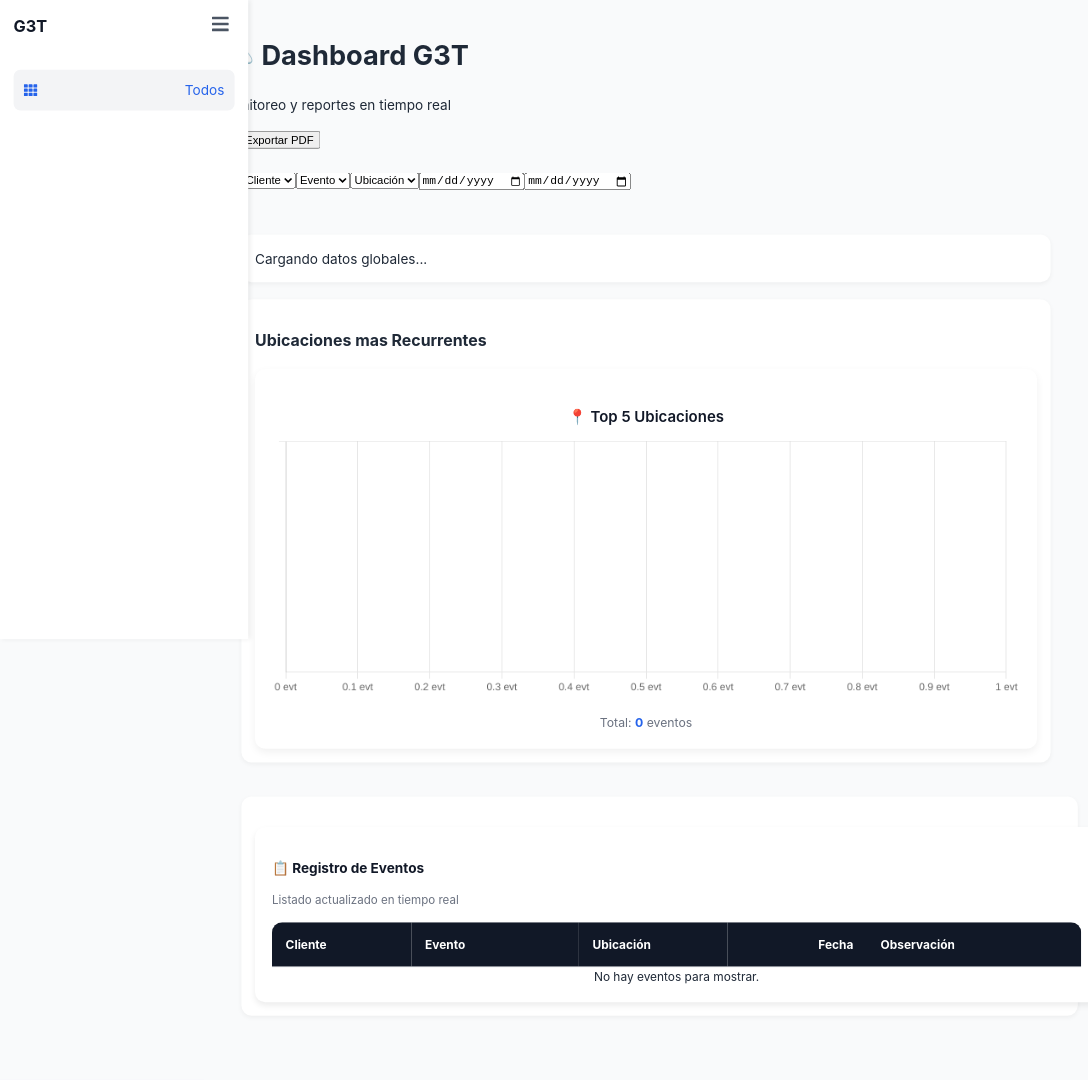
Repository: BBrian11/reportes
Page: /
An editor plug-in stored every save of this project. The page is shown before and after a run of saves, followed by the edit.
The browser window is 1280 px wide. The pictures show the whole page, at 85% of full size.
The page's requests for data from a server got no answer. The project was rebuilt for these pictures with package versions that can differ from the ones it lists, and the page was loaded fresh each time. No one was signed in, and anything a server would have sent is missing. Also part of the build but not shown: vite.config.js, src/styles/barChart.css, src/components/Dashboard/BarChart.jsx, src/components/Dashboard/PieChart.jsx, src/components/Dashboard/LineChart.jsx, src/styles/tgsstats.css, src/components/Dashboard/TgsStats.jsx, src/styles/edificiostats.css and 8 more.

Above is the page before, as saved 2025-07-31 13:44:45.

After the next 2 saves:
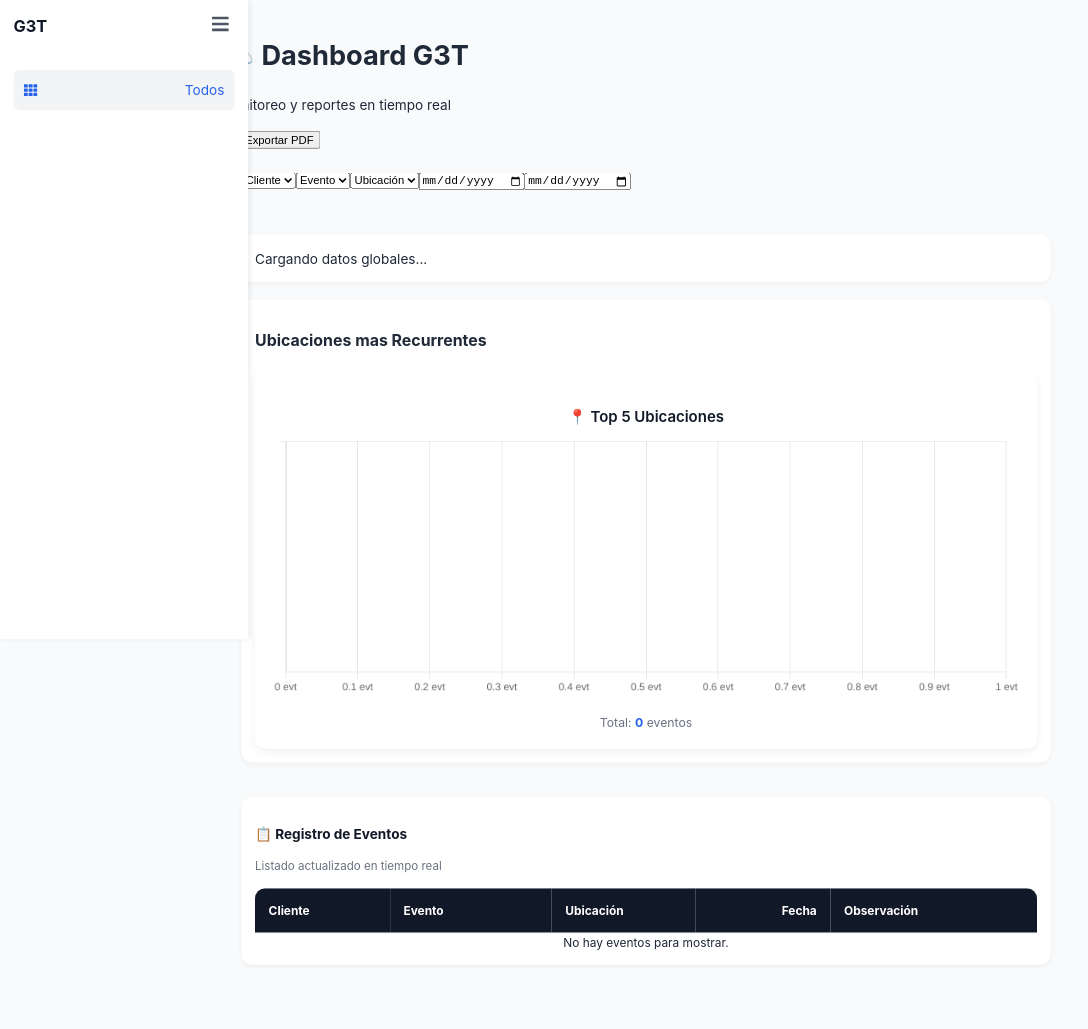
The 2 saves are shown as one change because they came seconds apart.
The last was saved 8 s later.
--- a/src/components/Dashboard/Dashboard.jsx
+++ b/src/components/Dashboard/Dashboard.jsx
@@ -102,9 +102,9 @@ export default function Dashboard() {
           {!filtros.cliente ? (
             <div className="grid-layout">
               <GlobalStats eventos={eventosFiltrados} />
-              <Charts eventos={eventosFiltrados} /> <div className="table-section">
+              <Charts eventos={eventosFiltrados} />
               <EventsTable eventos={eventosFiltrados} className="events-table-large" /> {/* ✅ Tabla más grande */}
-            </div>    </div>
+            </div>
           ) : (
             <div className="grid-layout">
               <MiniCharts eventos={eventosFiltrados} />
